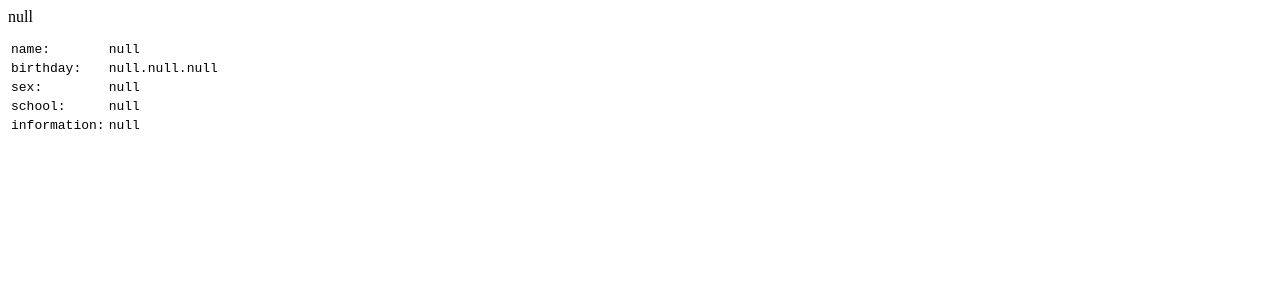
Repository: Brief-drizzle/Java-Web
Page: http://localhost/sy1/GetResume
The author's editor kept a copy of each file at every save. The page is drawn from the files as they stood at one save, then again after the next save.
The browser window is 1280 px wide. The pictures show the whole page.
The page is served by Tomcat 9. Other server files are loaded and not shown.

Above is the page before, as saved 2020-10-23 12:28:17.

### sy1/src/sy1/GetResume.java
package sy1;

import java.io.IOException;
import java.io.PrintWriter;

import javax.servlet.RequestDispatcher;
import javax.servlet.ServletException;
import javax.servlet.ServletResponse;
import javax.servlet.http.Cookie;
import javax.servlet.http.HttpServlet;
import javax.servlet.http.HttpServletRequest;
import javax.servlet.http.HttpServletResponse;

@SuppressWarnings("serial")
//@WebServlet("/GetResume")
public class GetResume extends HttpServlet {

	/**
		 * Constructor of the object.
		 */
	public GetResume() {
		super();
	}

	/**
		 * Destruction of the servlet. <br>
		 */
	public void destroy() {
		super.destroy(); // Just puts "destroy" string in log
		// Put your code here
	}

	/**
		 * The doGet method of the servlet. <br>
		 *
		 * This method is called when a form has its tag value method equals to get.
		 *
		 * @param request the request send by the client to the server
		 * @param response the response send by the server to the client
		 * @throws ServletException if an error occurred
		 * @throws IOException if an error occurred
		 */
	public void doGet(HttpServletRequest request, HttpServletResponse response) throws ServletException, IOException {

		response.setContentType("text/html;charset=utf-8");
		request.setCharacterEncoding("GBK");
		response.setCharacterEncoding("GBK");
		PrintWriter out = response.getWriter();
		out.println("<!DOCTYPE HTML PUBLIC \"-//W3C//DTD HTML 4.01 Transitional//EN\">");
		out.println("<HTML>");
		out.println("  <HEAD><TITLE>A Servlet</TITLE></HEAD>");
		out.println("  <BODY>");

		Cookie[] cookie = request.getCookies();
		String name = null,bir_y= null,bir_m= null,bir_d= null,sex= null,school= null,information= null;

		if(cookie==null)
		{
			name=request.getParameter("name");
			bir_y=request.getParameter("year");
			bir_m=request.getParameter("month");
			bir_d=request.getParameter("day");
			sex=request.getParameter("sex");
			school=request.getParameter("school");
			information=request.getParameter("information");
			Cookie name_cookie=new Cookie("name",name);
			Cookie bir_y_cookie=new Cookie("bir_y",bir_y);
			Cookie bir_m_cookie=new Cookie("bir_m",bir_m);
			Cookie bir_d_cookie=new Cookie("bir_d",bir_d);
			Cookie sex_cookie=new Cookie("sex",sex);
			Cookie school_cookie=new Cookie("school",school);
			Cookie infor_cookie=new Cookie("information",information);
			response.addCookie(name_cookie);
			response.addCookie(bir_y_cookie);
			response.addCookie(bir_m_cookie);
			response.addCookie(bir_d_cookie);
			response.addCookie(sex_cookie);
			response.addCookie(school_cookie);
			response.addCookie(infor_cookie);
		}
		else
		{
			for(int i = 0;i<cookie.length;i++)
			{
				if("name".equals(cookie[i].getName()))
				{
					name=cookie[i].getValue();
				}
				if("bir_y".equals(cookie[i].getName()))
				{
					bir_y=cookie[i].getValue();
				}
				if("bir_m".equals(cookie[i].getName()))
				{
					bir_m=cookie[i].getValue();
				}
				if("bir_d".equals(cookie[i].getName()))
				{
					bir_d=cookie[i].getValue();
				}
				if("sex".equals(cookie[i].getName()))
				{
					sex=cookie[i].getValue();
				}
				if("school".equals(cookie[i].getName()))
				{
					school=cookie[i].getValue();
				}
				if("information".equals(cookie[i].getName()))
				{
					information=cookie[i].getValue();
				}
			}
		}

		//if(isParameterNull(name)||isParameterNull(bir_y)||isParameterNull(bir_m)||isParameterNull(bir_d)||isParameterNull(sex)||isParameterNull(school)||isParameterNull(information))
		//{
		//	response.sendRedirect("/sy1/resume.html");
		//}
		//if(isParameterBlank(name)||isParameterBlank(bir_y)||isParameterBlank(bir_m)||isParameterBlank(bir_d)||isParameterBlank(sex)||isParameterBlank(school)||isParameterBlank(information))
		//{
		//	response.sendRedirect("/sy1/resume.html");
		//}
		out.println(name);
		out.println("<PRE>\n" +"<table>"+"<tr>"+"<td>"+"name:"+"</td>"+"<td>"+name+"</td>"+"</tr>");
		out.println("<tr>"+"<td>birthday:</td>"+"<td>"+bir_y+"."+bir_m+"."+bir_d+"</td>"+"</tr>");
		out.println("<tr>"+"<td>sex:</td>"+"<td>"+sex+"</td>"+"</tr>");
		out.println("<tr>"+"<td>school:</td>"+"<td>"+school+"</td>"+"</tr>");
		out.println("<tr>"+"<td>information:</td>"+"<td>"+information+"</td>"+"</tr>"+"</PRE>\n");

		out.println("  </BODY>");
		out.println("</HTML>");
		out.flush();
		out.close();
	}

	public static Cookie[] retu(Cookie[] c)
	{
		return c;
	}

	private boolean isParameterBlank(String name) {
		if (name=="")
			return true;
		else return false;
	}

	private boolean isParameterNull(String p) {
		if (p==null)
			return true;
		else return false;
	}

	  public static String filter(String input) {
		    if (!hasSpecialChars(input)) {
		      return(input);
		    }
		    StringBuffer filtered = new StringBuffer(input.length());
		    char c;
		    for(int i=0; i<input.length(); i++) {
		      c = input.charAt(i);
		      switch(c) {
		        case '<': filtered.append("&lt;"); break;
		        case '>': filtered.append("&gt;"); break;
		        case '"': filtered.append("&quot;"); break;
		        case '&': filtered.append("&amp;"); break;
		        default: filtered.append(c);
		      }
		    }
		    return(filtered.toString());
		  }

		  private static boolean hasSpecialChars(String input) {
		    boolean flag = false;
		    if ((input != null) && (input.length() > 0)) {
		      char c;
		      for(int i=0; i<input.length(); i++) {
		        c = input.charAt(i);
		        switch(c) {
		          case '<': flag = true; break;
		          case '>': flag = true; break;
		          case '"': flag = true; break;
		          case '&': flag = true; break;
		        }
		      }
		    }
		    return(flag);
		  }

	/**
		 * The doPost method of the servlet. <br>
		 *
		 * This method is called when a form has its tag value method equals to post.
		 *
		 * @param request the request send by the client to the server
		 * @param response the response send by the server to the client
		 * @throws ServletException if an error occurred
		 * @throws IOException if an error occurred
		 */
	public void doPost(HttpServletRequest request, HttpServletResponse response) throws ServletException, IOException {

		response.setContentType("text/html");
		PrintWriter out = response.getWriter();
		response.setCharacterEncoding("GBK");
		request.setCharacterEncoding("GBK");
		out.println("<!DOCTYPE HTML PUBLIC \"-//W3C//DTD HTML 4.01 Transitional//EN\">");
		out.println("<HTML>");
		out.println("  <HEAD><TITLE>A Servlet</TITLE></HEAD>");
		out.println("  <BODY>");
		out.println("  </BODY>");
		out.println("</HTML>");
		out.flush();
		out.close();
	}

	/**
		 * Initialization of the servlet. <br>
		 *
		 * @throws ServletException if an error occurs
		 */
	public void init() throws ServletException {
		// Put your code here
	}

}

After the next save:
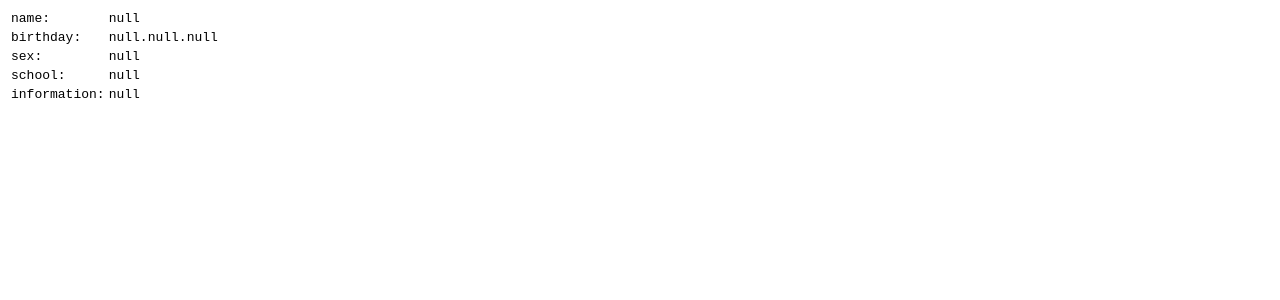
Saved 80 s later.
--- a/sy1/src/sy1/GetResume.java
+++ b/sy1/src/sy1/GetResume.java
@@ -54,7 +54,7 @@
 		Cookie[] cookie = request.getCookies();
 		String name = null,bir_y= null,bir_m= null,bir_d= null,sex= null,school= null,information= null;
 
-		if(cookie==null)
+		if(cookie==null||cookie.length==0)
 		{
 			name=request.getParameter("name");
 			bir_y=request.getParameter("year");
@@ -121,7 +121,6 @@
 		//{
 		//	response.sendRedirect("/sy1/resume.html");
 		//}
-		out.println(name);
 		out.println("<PRE>\n" +"<table>"+"<tr>"+"<td>"+"name:"+"</td>"+"<td>"+name+"</td>"+"</tr>");
 		out.println("<tr>"+"<td>birthday:</td>"+"<td>"+bir_y+"."+bir_m+"."+bir_d+"</td>"+"</tr>");
 		out.println("<tr>"+"<td>sex:</td>"+"<td>"+sex+"</td>"+"</tr>");

After the 3 saves that followed:
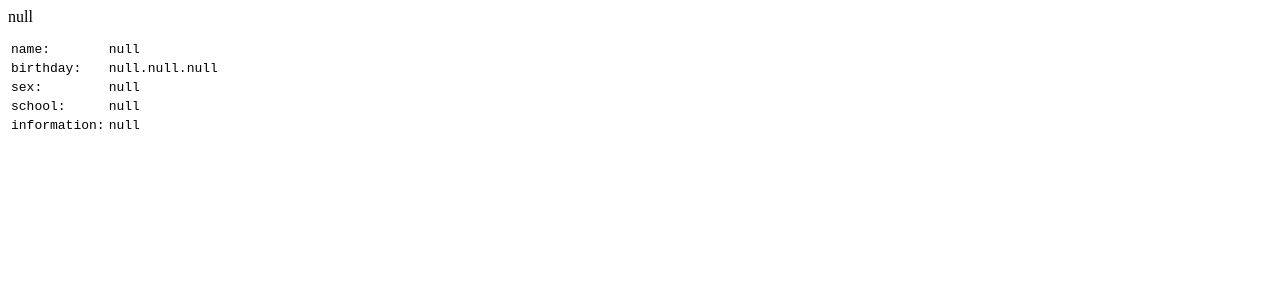
The 3 saves are shown as one change because 2 left the picture as it was.
The last was saved 12 min 9 s later.
--- a/sy1/src/sy1/GetResume.java
+++ b/sy1/src/sy1/GetResume.java
@@ -51,10 +51,11 @@
 		out.println("  <HEAD><TITLE>A Servlet</TITLE></HEAD>");
 		out.println("  <BODY>");
 
-		Cookie[] cookie = request.getCookies();
+		Cookie[] cookies = request.getCookies();
 		String name = null,bir_y= null,bir_m= null,bir_d= null,sex= null,school= null,information= null;
 
-		if(cookie==null||cookie.length==0)
+		out.println(cookies);
+		if(cookies==null)
 		{
 			name=request.getParameter("name");
 			bir_y=request.getParameter("year");
@@ -80,35 +81,35 @@
 		}
 		else
 		{
-			for(int i = 0;i<cookie.length;i++)
+			for(int i = 0;i<cookies.length;i++)
 			{
-				if("name".equals(cookie[i].getName()))
-				{
-					name=cookie[i].getValue();
-				}
-				if("bir_y".equals(cookie[i].getName()))
-				{
-					bir_y=cookie[i].getValue();
-				}
-				if("bir_m".equals(cookie[i].getName()))
-				{
-					bir_m=cookie[i].getValue();
-				}
-				if("bir_d".equals(cookie[i].getName()))
-				{
-					bir_d=cookie[i].getValue();
-				}
-				if("sex".equals(cookie[i].getName()))
-				{
-					sex=cookie[i].getValue();
-				}
-				if("school".equals(cookie[i].getName()))
-				{
-					school=cookie[i].getValue();
-				}
-				if("information".equals(cookie[i].getName()))
-				{
-					information=cookie[i].getValue();
+				if("name".equals(cookies[i].getName()))
+				{
+					name=cookies[i].getValue();
+				}
+				if("bir_y".equals(cookies[i].getName()))
+				{
+					bir_y=cookies[i].getValue();
+				}
+				if("bir_m".equals(cookies[i].getName()))
+				{
+					bir_m=cookies[i].getValue();
+				}
+				if("bir_d".equals(cookies[i].getName()))
+				{
+					bir_d=cookies[i].getValue();
+				}
+				if("sex".equals(cookies[i].getName()))
+				{
+					sex=cookies[i].getValue();
+				}
+				if("school".equals(cookies[i].getName()))
+				{
+					school=cookies[i].getValue();
+				}
+				if("information".equals(cookies[i].getName()))
+				{
+					information=cookies[i].getValue();
 				}
 			}
 		}
